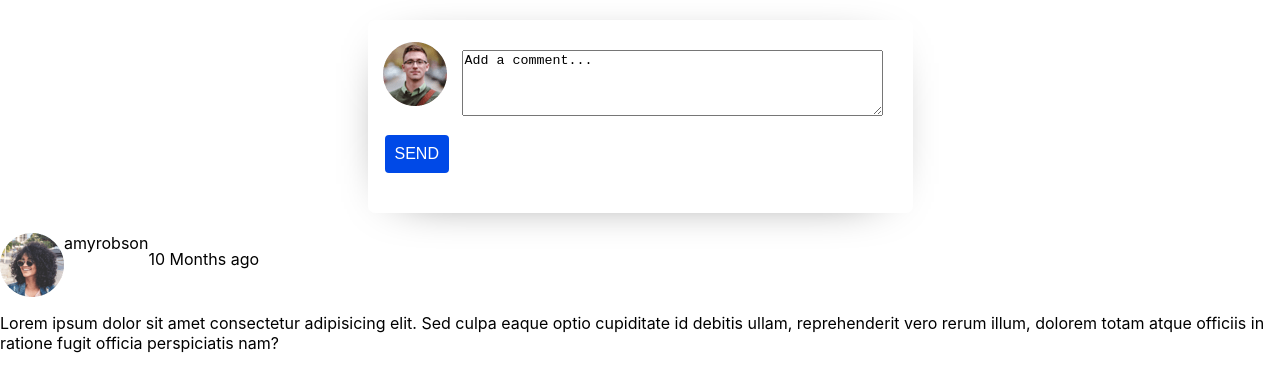
Repository: badhon252/interactive-comments-section
Page: /
These files come from the project's save history. The page is drawn as it stood at one moment and after the next save; the edit follows.
The browser window is 1280 px wide. The pictures show the whole page.
The project was rebuilt for these pictures with package versions that can differ from the ones it lists, and the page was loaded fresh each time.

Above is the page before, as saved 2022-01-27 22:00:33.

### public/index.html
<!DOCTYPE html>
<html lang="en">

<head>
  <meta charset="utf-8" />
  <link rel="icon" href="%PUBLIC_URL%/favicon.ico" />
  <meta name="viewport" content="width=device-width, initial-scale=1" />
  <meta name="theme-color" content="#000000" />
  <meta name="description" content="Web site created using create-react-app" />
  <link rel="apple-touch-icon" href="%PUBLIC_URL%/logo192.png" />

  <link rel="manifest" href="%PUBLIC_URL%/manifest.json" />

  <title>interactive-comments-section</title>
</head>

<body>
  <noscript>You need to enable JavaScript to run this app.</noscript>
  <div id="root"></div>

</body>

</html>

### src/App.js
import WriteComments from "./components/WriteComments";
// import WriteComments from "./components/WriteComments";

function App() {
  return (
    <div className="App">
      <WriteComments />
    </div>
  );
}

export default App;

### src/components/WriteComments.js
import React from "react";
import "../App.css";
import Avatar from "../images/avatars/image-juliusomo.png";
import Comments from "./Comments";
export default function WriteComments() {
  return (
    <div className="main-div">
      <div className="comment ">
        <form action="" className="comment-section shadow">
          <img src={Avatar} alt="images" className="my-img" />
          <textarea name="" id="" rows="4" cols="50">
            Add a comment...
          </textarea>
          <legend>
            <button className="submit-btn">SEND</button>
          </legend>{" "}
        </form>{" "}
      </div>
      <Comments />
    </div>
  );
}

### src/App.css
.main-div {
  /* width: 40rem; */
  margin: auto;
}
.comment {
  display: flex;
  justify-content: center;
  align-items: flex-start;
}
.comment-section {
  padding: 15px;
  margin: 20px;
  border-radius: 7px;
}

.submit-btn {
  background-color: rgb(0, 73, 231);
  color: white;
  border: none;
  border-radius: 4px;
  font-size: 1rem;
  padding: 10px;
  margin-bottom: 25px;
}

.my-img {
  max-width: 80%;
  margin-bottom: 25px;
}
textarea {
  margin: 15px;
}

.shadow {
  box-shadow: -3px 7px 54px -36px rgba(0, 0, 0, 1);
  -webkit-box-shadow: -3px 7px 54px -36px rgba(0, 0, 0, 1);
  -moz-box-shadow: -3px 7px 54px -36px rgba(0, 0, 0, 1);
}

/* single comment section ==== */
.profile-info {
  display: flex;
}

### src/components/Comments.js
import React from "react";
import avartar from "../images/avatars/image-amyrobson.png";
const Comments = () => {
  return (
    <div>
      <div className="profile-info">
        <img src={avartar} alt="" />
        <span>amyrobson</span>
        <p className="time">10 Months ago</p>
      </div>

      <p className="single-comment">
        Lorem ipsum dolor sit amet consectetur adipisicing elit. Sed culpa eaque
        optio cupiditate id debitis ullam, reprehenderit vero rerum illum,
        dolorem totam atque officiis in ratione fugit officia perspiciatis nam?
      </p>
    </div>
  );
};

export default Comments;

Loaded but not shown: src/index.js (common file); src/index.css (common file); src/reportWebVitals.js (common file)

After the next save:
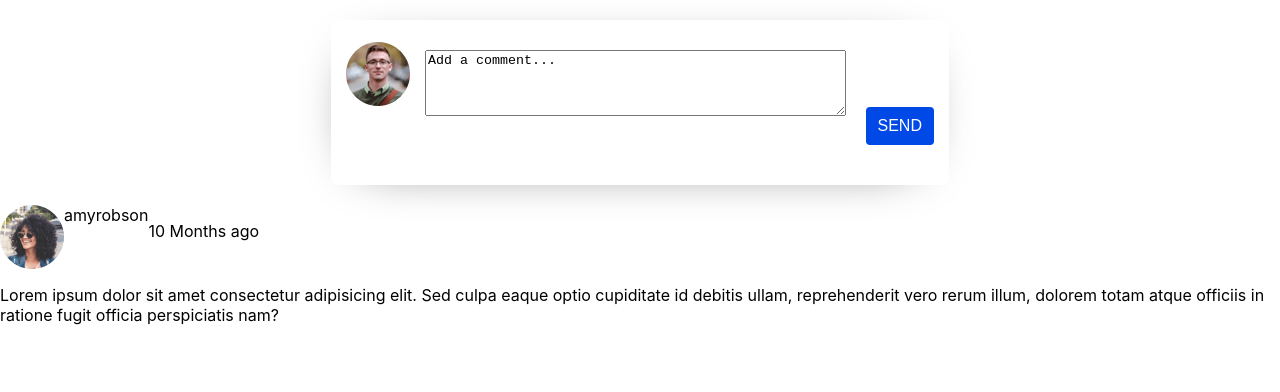
Saved 36 s later.
--- a/src/components/WriteComments.js
+++ b/src/components/WriteComments.js
@@ -10,10 +10,11 @@ export default function WriteComments() {
           <img src={Avatar} alt="images" className="my-img" />
           <textarea name="" id="" rows="4" cols="50">
             Add a comment...
-          </textarea>
-          <legend>
-            <button className="submit-btn">SEND</button>
-          </legend>{" "}
+          </textarea>{" "}
+          <button className="submit-btn">
+            {" "}
+            <legend>SEND</legend>
+          </button>
         </form>{" "}
       </div>
       <Comments />
